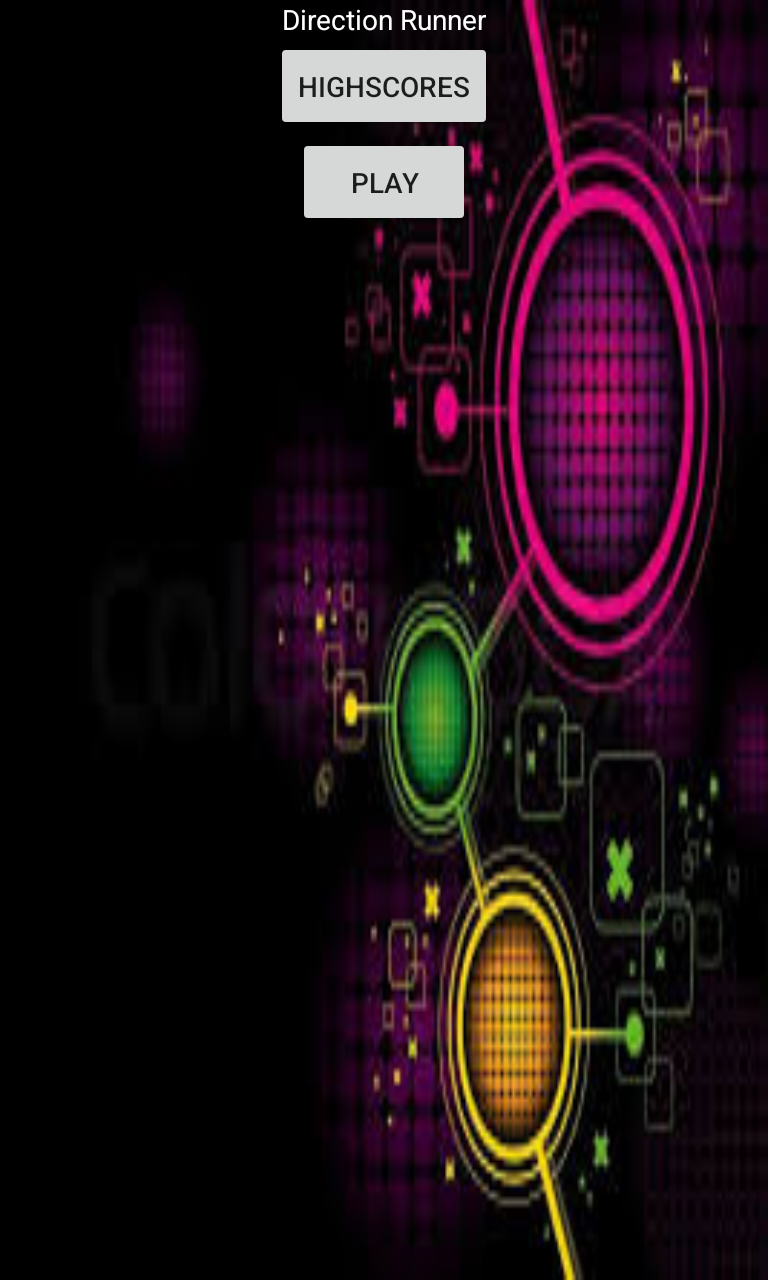
Repository: RedJaVa68/DirectionRunner
Layout: DirectionRunner/res/layout/activity_main.xml
The author's editor kept a copy of each file at every save. The layout is drawn from the files as they stood at one save, then again after the next save.
It is drawn on a 768 x 1280 px phone screen (xhdpi) without system bars, with theme AppTheme; the app's code is not run.

Above is the layout before, as saved 2015-05-06 01:07:40.

### DirectionRunner/res/layout/activity_main.xml
<LinearLayout xmlns:android="http://schemas.android.com/apk/res/android"
    xmlns:tools="http://schemas.android.com/tools"
    tools:context="edu.utep.cs.cs4330.DirectionRunner.MainActivity"
    android:orientation="vertical"
    android:gravity="center_horizontal"
    android:layout_width="fill_parent"
    android:layout_height="fill_parent"
    android:background="@drawable/bg">
    <TextView
        android:layout_width="wrap_content"
        android:layout_height="wrap_content"
        android:text="Direction Runner"
        android:textColor="#ffffff"/>
    <Button
        android:id="@+id/statsButton"
       	android:layout_width="wrap_content"
       	android:layout_height="wrap_content"
        android:text="Highscores" />

    <Button
        android:id="@+id/playButton"
        android:layout_width="wrap_content"
        android:layout_height="wrap_content"
        android:text="Play" />

</LinearLayout>

Loaded but not shown: DirectionRunner/res/values/styles.xml (common file); DirectionRunner/res/values-v11/styles.xml (common file); DirectionRunner/res/values-v14/styles.xml (common file)

After the next save:
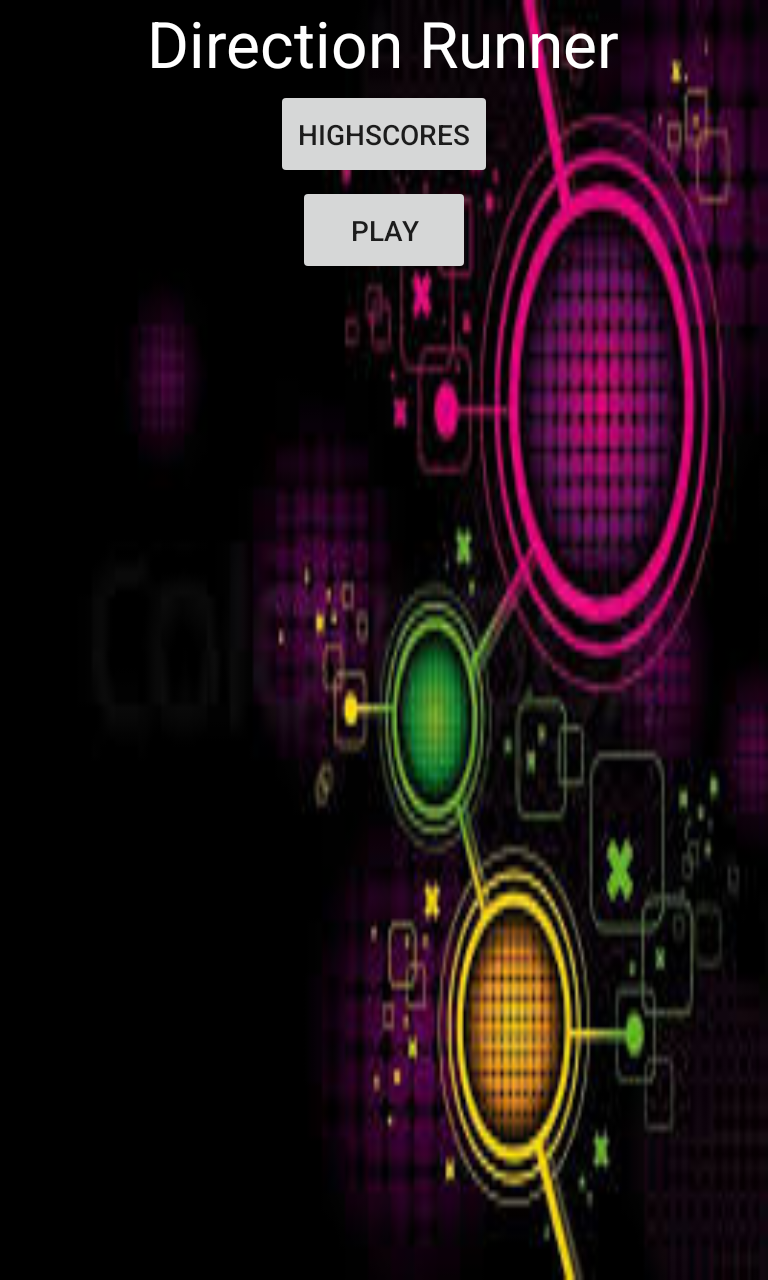
Saved 40 s later.
--- a/DirectionRunner/res/layout/activity_main.xml
+++ b/DirectionRunner/res/layout/activity_main.xml
@@ -10,7 +10,8 @@
         android:layout_width="wrap_content"
         android:layout_height="wrap_content"
         android:text="Direction Runner"
-        android:textColor="#ffffff"/>
+        android:textColor="#ffffff"
+        android:textSize="32sp"/>
     <Button
         android:id="@+id/statsButton"
        	android:layout_width="wrap_content"
